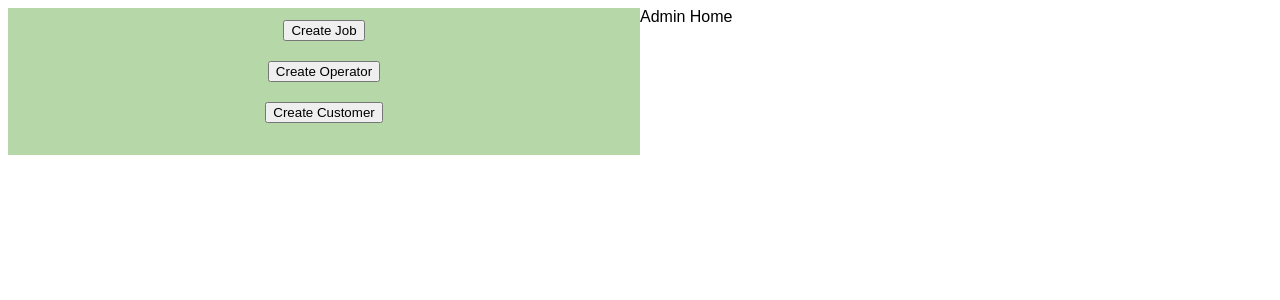
Repository: Parabug-Portal-Project/ParabugPortal
Page: http://localhost/adminHome.php
The author's editor kept a record of every edit. The page is drawn from the files as they stood at one moment, then again after the next edit.
The browser window is 1280 px wide. The pictures show the whole page.
The page is run by PHP 8.4 with error messages shown; the project is at /var/www/html/.

Above is the page before.

### adminHome.php
  <?php
?>

<html>
    <head>
        <title> Parabug Home </title>
          <link href="css/styles2.css" rel="stylesheet" type="text/css" />
    </head>
    <body>
    Admin Home
    <tab>
        <form action="createJob.php">
              <input type="submit" value="Create Job">
          </form>
       <form action="createOperator.php">
              <input type="submit" value="Create Operator">
          </form>
        <form action="createCustomer.php">
              <input type="submit" value="Create Customer">
          </form>
    </body>
</html>

### css/styles2.css
body{
    font-family: Arial;
}
button, .formButton{
  background-color: #b6d7a8;
  border: 2px solid black;

  color: black;
  padding: 20px;
  text-align: center;
  font-size: 20px;
 font-family: Arial;
  font-weight: 900;
  cursor: pointer;
}

.logo{
      width: 30%;
      height: 30%;
}

button,.formButton:hover{
  background-color: #9fc490;

}

table {
  font-family: Arial;
  border-collapse: collapse;
}

td, th {
  border: 1px solid #ddd;
  padding: 8px;
}

tr:nth-child(even){background-color: #f2f2f2;}

tr:hover {background-color: #ddd;}

th{
  padding-top: 12px;
  padding-bottom: 12px;
  text-align: left;
  background-color: #a5ca95;
  color: white;
}


tab {
  width: 100%;
  background-color:#b6d7a8;
  overflow: auto;
  color: white;
}

tab {
  float: left;
  width: 50%;
  text-align: center;
  padding: 12px 0;
  transition: all 0.3s ease;
   color: black;
  font-size: 20px;
 font-family: Arial;
  font-weight: 900;
  cursor: pointer;
}

tab:hover {
  background-color: #000;
  color:white;
}

.active {
  background-color:#9fc490;
}

After the next edit:
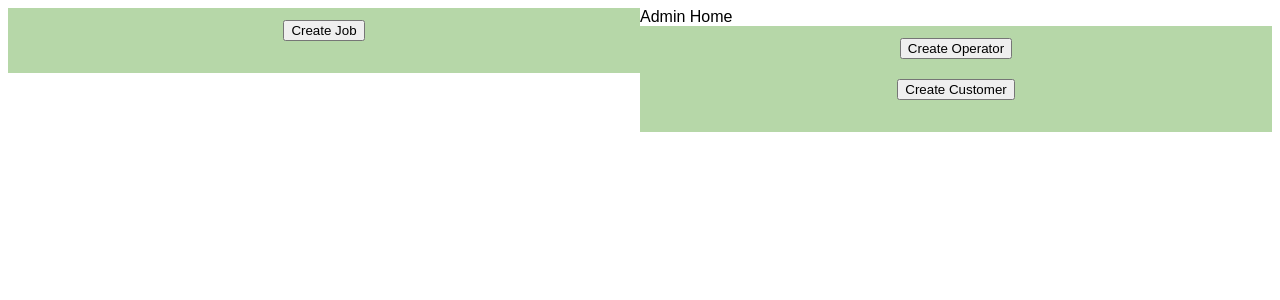
The edit:
--- a/adminHome.php
+++ b/adminHome.php
@@ -12,6 +12,9 @@
         <form action="createJob.php">
               <input type="submit" value="Create Job">
           </form>
+
+          </tab>
+          <tab>
        <form action="createOperator.php">
               <input type="submit" value="Create Operator">
           </form>
